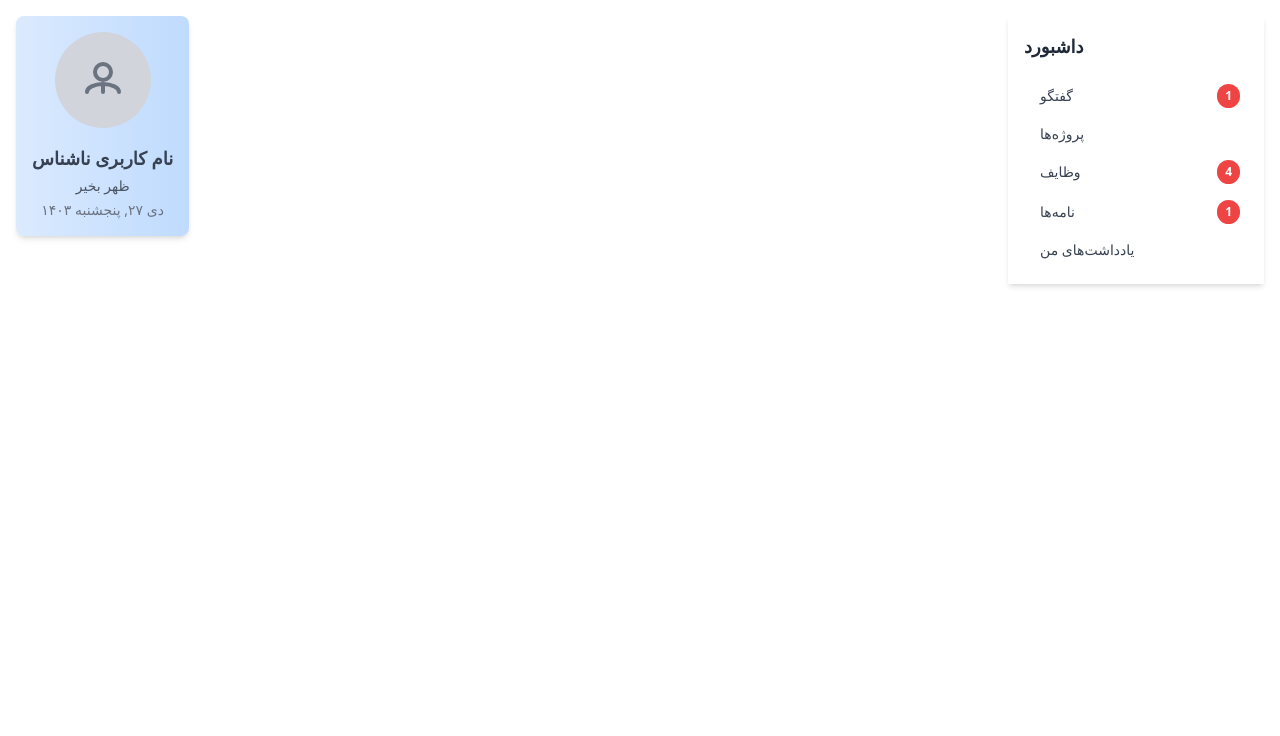
Repository: spnovaa/work-hive
Page: / (app in front_end/)
An editor plug-in stored every save of this project. The page is shown before and after the next save, followed by the edit.
The browser window is 1280 px wide. The pictures show the whole page.
The page's requests for data from a server got no answer. The project was rebuilt for these pictures with package versions that can differ from the ones it lists, and the page was loaded fresh each time. No one was signed in, and anything a server would have sent is missing. Also part of the build but not shown: front_end/src/api/auth.js, front_end/src/components/loadingSpinner.jsx, front_end/src/pages/login.jsx, front_end/src/pages/registration.jsx, front_end/src/components/profile/dropdown.jsx, front_end/src/components/project/projectCardComponent.jsx, front_end/src/components/project/projectDashboard.jsx, front_end/src/components/project/projectDetails.jsx and 3 more.

Above is the page before, as saved 2025-01-16 23:25:44.

### front_end/src/index.js
import React from 'react';
import ReactDOM from 'react-dom/client'; // Import from 'react-dom/client' for React 18+
import './styles/globals.css';
import App from './App';

// Create a root element for rendering the React application
const root = ReactDOM.createRoot(document.getElementById('root'));

// Use the new `render` method for React 18+
root.render(
  <React.StrictMode>
    <App />
  </React.StrictMode>
);

### front_end/src/App.jsx
import React from 'react';
import { BrowserRouter as Router, Routes, Route } from 'react-router-dom';
import Login from './pages/login';
import Registration from './pages/registration';
import Home from './pages/home';
import ProjectsDashboard from './components/project/projectDashboard.jsx';
import ProjectDetails from './components/project/projectDetails.jsx';
import NewProject from './components/project/newProject.jsx';
import DashboardSidebar from './components/dashboardSidebar';
// Updated App.jsx
function App() {
  return (
    <Router>
      <Routes>
        <Route path="/login" element={<Login />} />
        <Route path="/register" element={<Registration />} />
        <Route
          path="*"
          element={
            <div className="flex h-screen">
              <div className="absolute top-4 right-4 w-64 bg-gray-100">
                <DashboardSidebar />
              </div>
              <div className="flex-grow p-4">
                <Routes>
                  <Route path="/" element={<Home />} />
                  <Route path="/projects" element={<ProjectsDashboard />} />
                  <Route path="/projects/new" element={<NewProject/>} />
                  <Route path="/projects/:projectId" element={<ProjectDetails />} />
                </Routes>
              </div>
            </div>
          }
        />
      </Routes>
    </Router>
  );
}
export default App;

### front_end/src/pages/home.jsx
import React, { useState } from 'react';
import ProfileSection from '../components/profile/profileSection';
import { useLocation } from 'react-router-dom';
import DashboardSidebar from '../components/dashboardSidebar';
function Home() {
  const location = useLocation();
  const name = location.state?.name || "نام کاربری ناشناس";
  const [background, setBackground] = useState('bg-white');
  const handleBackgroundChange = (bg) => {
    setBackground(bg);
  };
  const getCurrentDate = () => {
    const options = { weekday: 'long', year: 'numeric', month: 'long', day: 'numeric' };
    return new Date().toLocaleDateString('fa-IR', options);
  };
  return (
    <div className={`h-screen ${background} p-4`}>
      <div className="absolute top-4 left-4">
        <ProfileSection
          name={name}
          greeting="ظهر بخیر"
          date={getCurrentDate()}
          onBackgroundChange={handleBackgroundChange}
        />
      </div>
    </div>
  );
}

export default Home;

### front_end/src/components/dashboardSidebar.jsx
import React from 'react';
import { useNavigate } from 'react-router-dom';

function SidebarItem({ icon, label, notificationCount, onClick }) {
    return (
        <div
            className="flex items-center justify-between p-2 hover:bg-gray-100 rounded-md cursor-pointer"
            onClick={onClick}
        >
            <div className="flex items-center">
                <span className="text-lg text-gray-700 mr-2">{icon}</span>
                <span className="text-gray-700 text-sm font-medium">{label}</span>
            </div>
            {notificationCount > 0 && (
                <span className="bg-red-500 text-white text-xs font-bold rounded-full px-2 py-1">
                    {notificationCount}
                </span>
            )}
        </div>
    );
}

function DashboardSidebar() {
    const navigate = useNavigate();

    const handleNavigation = (path) => {
        navigate(path);
    };

    return (
        <div className="w-64 bg-white shadow-md p-4">
            <h2 className="text-gray-800 text-lg font-bold mb-4">داشبورد</h2>
            <SidebarItem
                icon={<i className="fas fa-comments" />}
                label="گفتگو"
                notificationCount={1}
                onClick={() => handleNavigation('/conversations')}
            />
            <SidebarItem
                icon={<i className="fas fa-folder-open" />}
                label="پروژه‌ها"
                notificationCount={0}
                onClick={() => handleNavigation('/projects')}
            />
            <SidebarItem
                icon={<i className="fas fa-tasks" />}
                label="وظایف"
                notificationCount={4}
                onClick={() => handleNavigation('/tasks')}
            />
            <SidebarItem
                icon={<i className="fas fa-envelope" />}
                label="نامه‌ها"
                notificationCount={1}
                onClick={() => handleNavigation('/letters')}
            />
            <SidebarItem
                icon={<i className="fas fa-sticky-note" />}
                label="یادداشت‌های من"
                notificationCount={0}
                onClick={() => handleNavigation('/notes')}
            />
        </div>
    );
}

export default DashboardSidebar;

### front_end/src/components/profile/profileSection.jsx
import React, { useState, useEffect, useRef } from 'react';
import ProfileDropdown from './dropdown.jsx';

const ProfileSection = ({ name, greeting, date, onBackgroundChange }) => {
  const [isDropdownOpen, setIsDropdownOpen] = useState(false);
  const dropdownRef = useRef(null);

  const toggleDropdown = () => {
    setIsDropdownOpen((prev) => !prev);
  };

  // Close dropdown when clicking outside
  useEffect(() => {
    const handleClickOutside = (event) => {
      if (dropdownRef.current && !dropdownRef.current.contains(event.target)) {
        setIsDropdownOpen(false);
      }
    };

    document.addEventListener('mousedown', handleClickOutside);
    return () => {
      document.removeEventListener('mousedown', handleClickOutside);
    };
  }, []);

  return (
    <div className="relative">
  {/* Profile Section */}
  <div
    className={`relative z-0 p-4 bg-gradient-to-r from-blue-100 to-blue-200 rounded-lg shadow-md max-w-xs cursor-pointer ${
      isDropdownOpen ? 'hidden' : ''
    }`}
    onClick={toggleDropdown}
  >
    <div className="flex flex-col items-center">
      <div className="bg-gray-300 w-24 h-24 rounded-full flex items-center justify-center mb-4">
        <svg
          xmlns="http://www.w3.org/2000/svg"
          className="h-12 w-12 text-gray-500"
          fill="none"
          viewBox="0 0 24 24"
          stroke="currentColor"
        >
          <path
            strokeLinecap="round"
            strokeLinejoin="round"
            strokeWidth="2"
            d="M12 12c2.21 0 4-1.79 4-4s-1.79-4-4-4-4 1.79-4 4 1.79 4 4 4zM12 14c-4.418 0-8 1.79-8 4m8-4c4.418 0 8 1.79 8 4m-8-4v4"
          />
        </svg>
      </div>
      <h2 className="text-lg font-semibold text-gray-700">{name}</h2>
      <p className="text-sm text-gray-600 mt-1">{greeting}</p>
      <p className="text-sm text-gray-500 mt-1">{date}</p>
    </div>
  </div>

  {/* Dropdown */}
  {isDropdownOpen && (
    <div
      ref={dropdownRef}
      className="absolute top-0 left-0  bg-white rounded-lg shadow-lg p-4 w-full"
    >
      <ProfileDropdown onBackgroundChange={onBackgroundChange} />
    </div>
  )}
</div>

  );
};

export default ProfileSection;

Loaded but not shown: front_end/public/index.html (common file); front_end/src/styles/globals.css (common file); front_end/tailwind.config.js (common file)

After the next save:
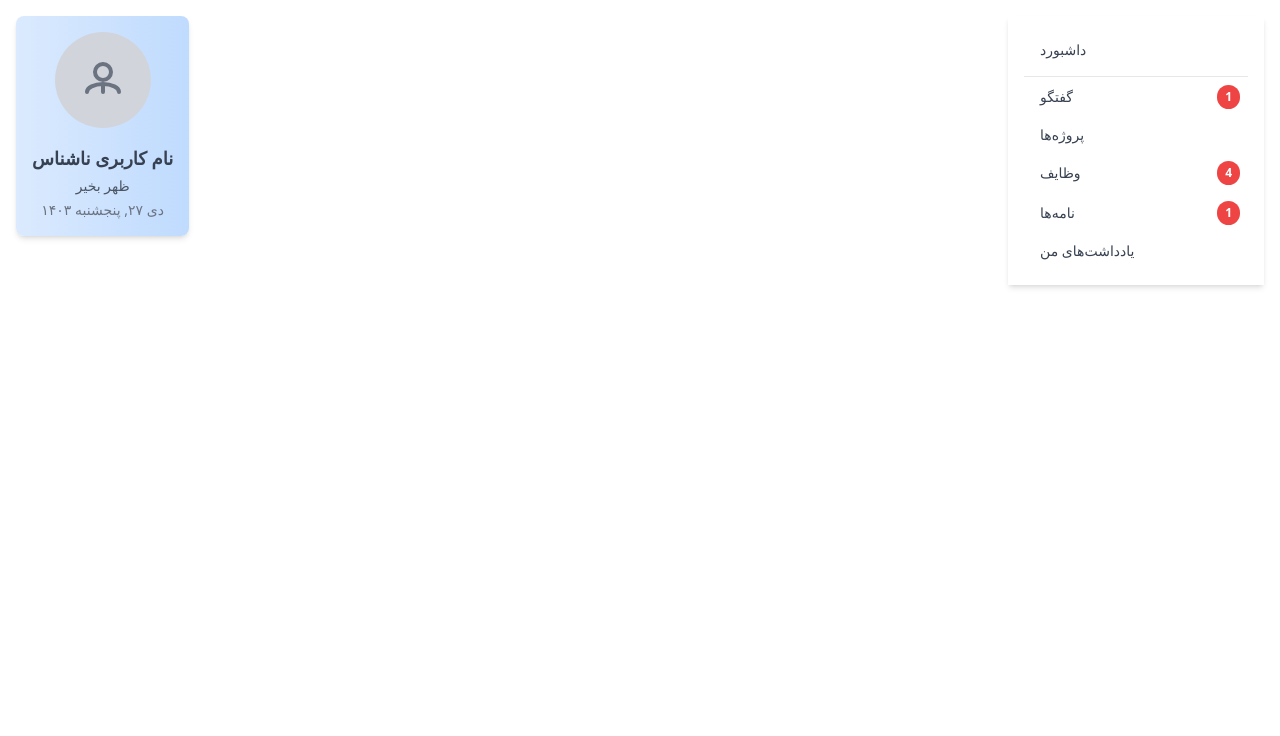
Saved 4 min 31 s later.
--- a/front_end/src/components/dashboardSidebar.jsx
+++ b/front_end/src/components/dashboardSidebar.jsx
@@ -29,7 +29,12 @@ function DashboardSidebar() {
 
     return (
         <div className="w-64 bg-white shadow-md p-4">
-            <h2 className="text-gray-800 text-lg font-bold mb-4">داشبورد</h2>
+           <SidebarItem
+    icon={<i className="fas fa-home" />}
+    label="داشبورد"
+    onClick={() => console.log('Navigate to Dashboard')}
+/>
+<hr className="w-full border-gray-200 mt-2" />
             <SidebarItem
                 icon={<i className="fas fa-comments" />}
                 label="گفتگو"
